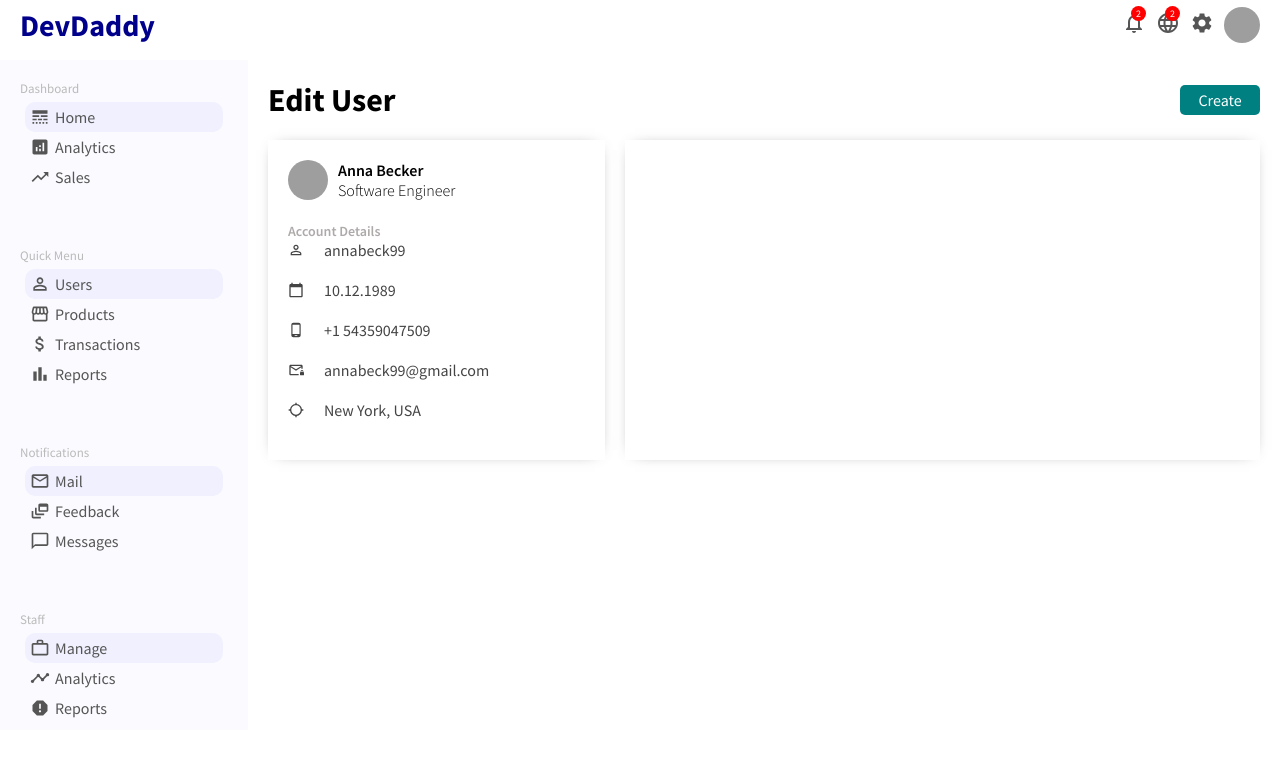
Repository: Marhamat92/react-admin-dashboard
Page: /user/1
These files come from the project's save history. The page is drawn as it stood at one moment and after the next save; the edit follows.
The browser window is 1280 px wide. The pictures show the whole page.
Pictures or frames that could not be fetched are drawn as grey boxes. The project was rebuilt for these pictures with package versions that can differ from the ones it lists, and the page was loaded fresh each time. Also part of the build but not shown: src/pages/home/home.scss, src/components/featuredInfo/featuredInfo.scss, src/components/featuredInfo/FeaturedInfo.js, src/components/chart/chart.scss, src/components/chart/Chart.js, src/data/userData.js, src/components/widgetSm/widgetSm.scss, src/components/widgetSm/WidgetSm.js and 6 more.

Above is the page before, as saved 2023-02-10 23:49:11.

After the next save:
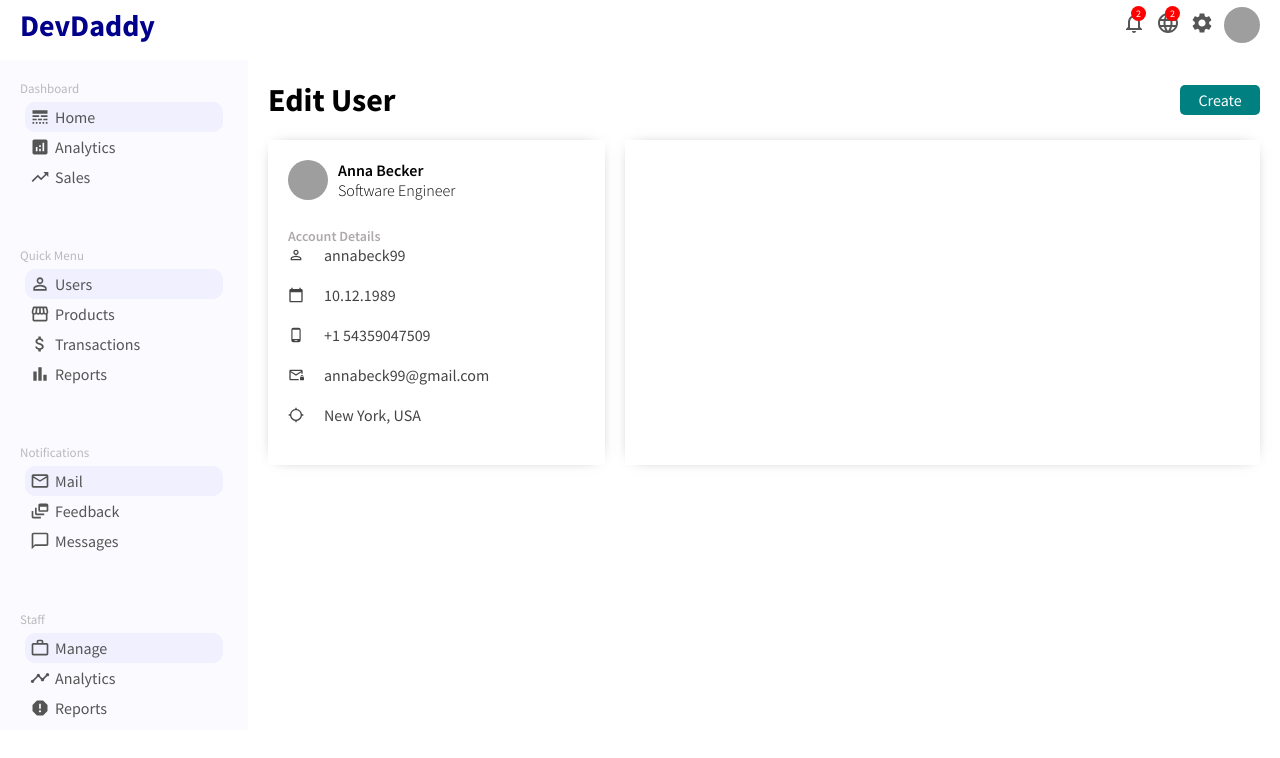
Saved 28 s later.
--- a/src/pages/user/user.scss
+++ b/src/pages/user/user.scss
@@ -74,7 +74,7 @@
 }
 
 .userShowBottom{
-  margin-top: 20px;
+  margin-top: 25px;
 }
 
 .userShowInfo{
@@ -90,5 +90,4 @@
 
 .userShowInfoTitle{
   margin-left: 20px;
-
 }

After the save that followed:
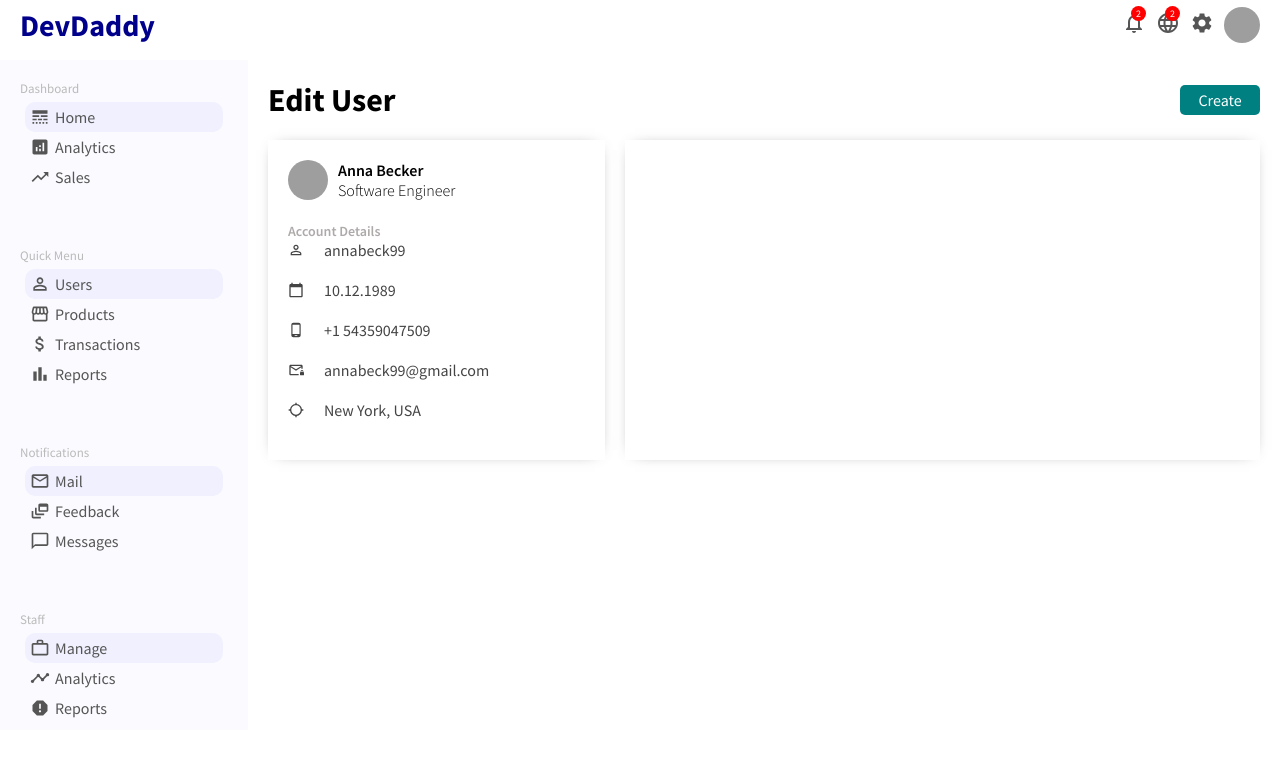
Saved 6 s later.
--- a/src/pages/user/user.scss
+++ b/src/pages/user/user.scss
@@ -74,7 +74,7 @@
 }
 
 .userShowBottom{
-  margin-top: 25px;
+  margin-top: 20px;
 }
 
 .userShowInfo{
